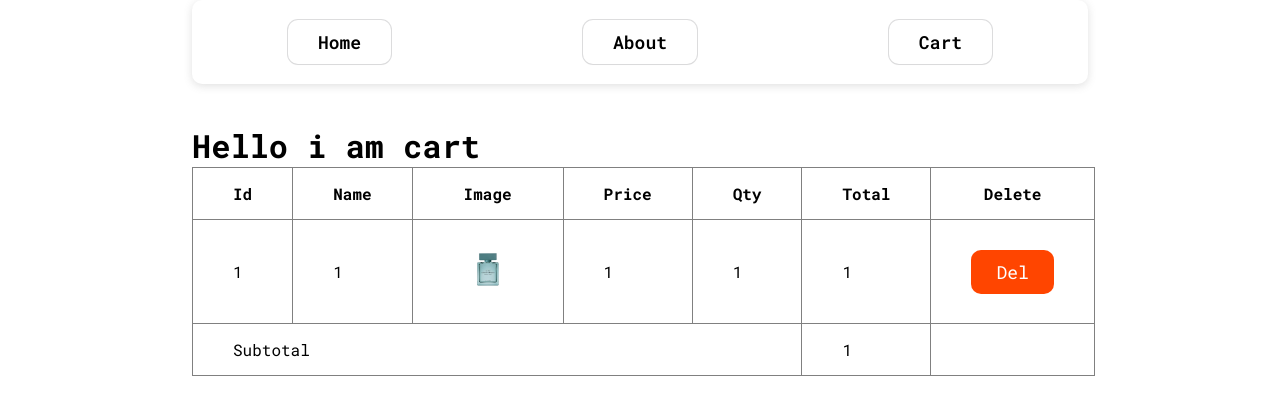
Repository: tuankiet10920/vuejs
Page: /cart
An editor plug-in stored every save of this project. The page is shown before and after the next save, followed by the edit.
The browser window is 1280 px wide. The pictures show the whole page.
The pointer rests on the first visible `#btn-delete`.
The project was rebuilt for these pictures with package versions that can differ from the ones it lists, and the page was loaded fresh each time. Also part of the build but not shown: vite.config.js.

Above is the page before, as saved 2024-08-24 12:14:24.

### index.html
<!DOCTYPE html>
<html lang="en">

<head>
  <meta charset="UTF-8">
  <link rel="icon" href="/favicon.ico">
  <meta name="viewport" content="width=device-width, initial-scale=1.0">
  <title>Vite App</title>
  <link rel="stylesheet"
    href="https://fonts.googleapis.com/css2?family=Material+Symbols+Outlined:opsz,wght,FILL,GRAD@24,400,0,0" />
  <link rel="preconnect" href="https://fonts.googleapis.com">
  <link rel="preconnect" href="https://fonts.gstatic.com" crossorigin>
  <link href="https://fonts.googleapis.com/css2?family=Roboto+Mono:ital,wght@0,100..700;1,100..700&display=swap"
    rel="stylesheet">
  <style>
    * {
      margin: 0;
      padding: 0;
      box-sizing: border-box;
      list-style: none;
      text-decoration: none;
      font-family: "Roboto Mono", monospace;
      font-style: normal;
    }

    body {
      width: 100%;
      display: flex;
      justify-content: center;
    }

    #app {
      width: 70%;
    }
  </style>
</head>

<body>
  <div id="app"></div>
  <script type="module" src="/src/main.js"></script>
</body>

</html>

### src/main.js
import { createApp } from 'vue'
import App from './App.vue'
import router from './router'
import lsProduct from '../public/data/lsProduct.json';

if(!localStorage.getItem('lsProduct')){
    localStorage.setItem('lsProduct', JSON.stringify(lsProduct));
}
if(!localStorage.getItem('cart')){
    let cart = [];
    localStorage.setItem('cart', JSON.stringify(cart));
}
const app = createApp(App)

app.use(router)

app.mount('#app')

### src/App.vue
<template>

  <!-- header -->
  <Header />
  <RouterView />

</template>
<script>
import { RouterLink, RouterView } from 'vue-router'
import Header from './components/header.vue'
export default {
  components: {
    Header
  }
}

</script>

### src/router/index.js
import { createRouter, createWebHistory } from 'vue-router'

const router = createRouter({
  history: createWebHistory(import.meta.env.BASE_URL),
  routes: [
    {
      path: '/',
      name: 'home',
      component: () => import('../views/HomeView.vue')
    },
    {
      path: '/about',
      name: 'about',
      component: () => import('../views/AboutView.vue')
    },
    {
      path: '/cart',
      name: 'cart',
      component: () => import('../views/CartView.vue')
    }
  ]
})

export default router

### public/data/lsProduct.json
[
    {
        "id" : 1,
        "name" : "Donna Born In Roma",
        "price" : 1000000,
        "image" : "product-1.webp"
    },
    {
        "id" : 2,
        "name" : "Frangipani Flower Cologne",
        "price" : 2000000,
        "image" : "product-2.webp"
    },
    {
        "id" : 3,
        "name" : "Glossier You Eau",
        "price" : 3000000,
        "image" : "product-3.webp"
    },
    {
        "id" : 4,
        "name" : "Mini Cheirosa",
        "price" : 4000000,
        "image" : "product-4.webp"
    }
]

### src/components/header.vue
<template>
    <div class="header">
        <ul>
            <li>
                <RouterLink to="/">Home</RouterLink>
            </li>
            <li>
                <RouterLink to="/about">About</RouterLink>
            </li>
            <li>
                <RouterLink to="/cart">Cart</RouterLink>
            </li>
        </ul>
    </div>
</template>

<script>
export default {

}
</script>

<style>
.header {
    width: 100%;
    padding: 20px 0px;
    border-radius: 10px;
    box-shadow: rgba(99, 99, 99, 0.2) 0px 2px 8px 0px;
    margin-bottom: 40px;
}

.header ul {
    display: flex;
    justify-content: space-around;
    width: 100%;
}

.header ul li {
    box-shadow: rgba(0, 0, 0, 0.02) 0px 1px 3px 0px, rgba(27, 31, 35, 0.15) 0px 0px 0px 1px;
    padding: 10px 30px;
    border-radius: 10px;
    transition: all .3s ease-in-out;
}

.header ul li a {
    color: #000;
    font-size: 18px;
    font-weight: 600;
}

.header ul li:hover {
    box-shadow: rgba(50, 50, 93, 0.25) 0px 30px 60px -12px inset, rgba(0, 0, 0, 0.3) 0px 18px 36px -18px inset;
    border-radius: 0px;
}

.header ul li:hover a {
    color: #fff;
}
</style>

### src/views/CartView.vue
<template>
  <div>
    <h1>Hello i am cart</h1>
    <Table />
  </div>
</template>

<script>
import Table from '../components/table.vue'
export default {
  components: {
    Table
  }
}
</script>

### src/components/table.vue
<template>
    <table border="1px">
        <thead>
            <tr>
                <th>Id</th>
                <th>Name</th>
                <th>Image</th>
                <th>Price</th>
                <th>Qty</th>
                <th>Total</th>
                <th>Delete</th>
            </tr>
        </thead>
        <tbody>
            <tr>
                <td>1</td>
                <td>1</td>
                <td>
                    <img id="image" src="../../public/img/product-1.webp" alt="product-1">
                </td>
                <td>1</td>
                <td>1</td>
                <td>1</td>
                <td style="text-align: center;">
                    <button id="btn-delete" type="button">
                        Del
                    </button>
                </td>
            </tr>
            <tr>
                <td colspan="5">Subtotal</td>
                <td>1</td>
            </tr>
        </tbody>
    </table>
</template>
<script>
export default {

}
</script>

<style>
table {
    border-collapse: collapse;
}

th,
td {
    padding: 15px 40px;
}

#image {
    width: 70px;
}

#btn-delete {
    border: none;
    padding: 10px 25px;
    background: orangered;
    color: #fff;
    font-size: 18px;
    border-radius: 10px;
}

#btn-delete:hover {}
</style>

After the next save:
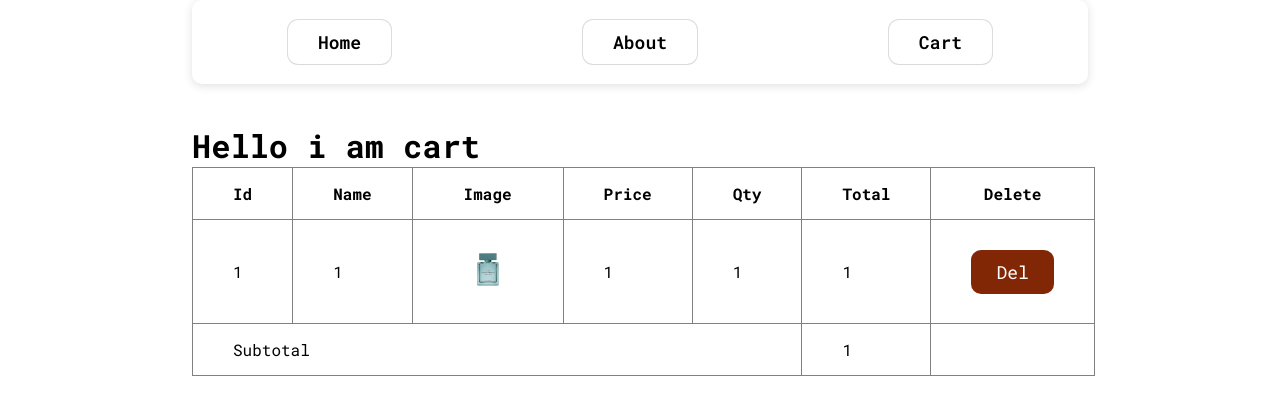
Saved 24 s later.
--- a/src/components/table.vue
+++ b/src/components/table.vue
@@ -63,5 +63,7 @@ td {
     border-radius: 10px;
 }
 
-#btn-delete:hover {}
+#btn-delete:hover {
+    background: #822706;
+}
 </style>
